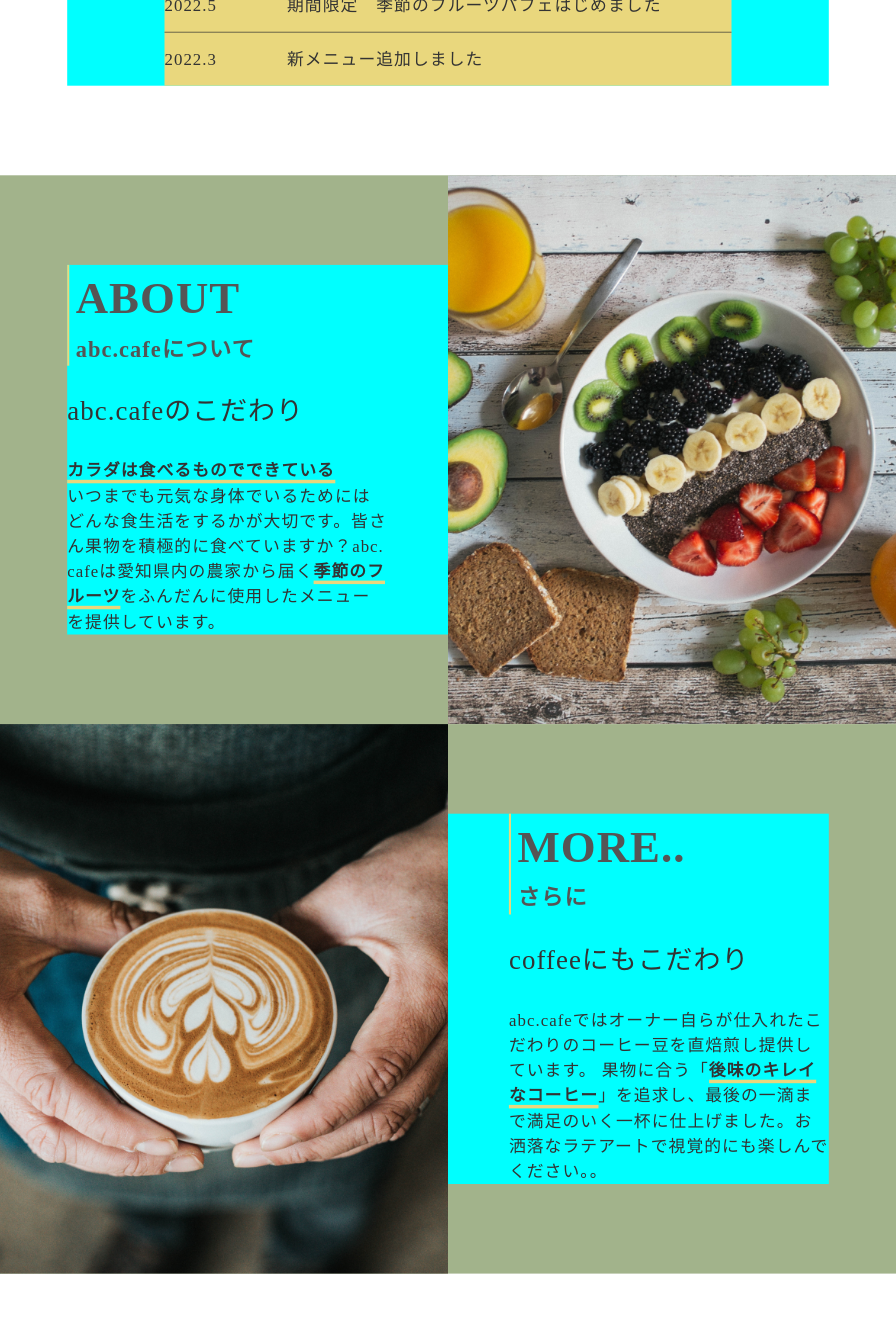
Repository: nozomi-23/lp1_test
Page: index.html
These files come from the project's save history. The page is drawn as it stood at one moment and after the next save; the edit follows.
The browser window is 1280 px wide. The pictures show the part of the page from y = 1179 to 3099 px (the page is 5456 px tall before and 5471 px after), at 70% of full size.

Above is the page before, as saved 2022-06-08 22:27:55.

### index.html
<!DOCTYPE html>
<html lang="ja">
<head>
  <meta charset="UTF-8">
  <title>abc.cafe</title>
  <meta name="description" content="旬の果物とオーガニックなカフェ">
  <meta name="keywords" content="cafe,カフェ,フルーツ,お洒落">
  <meta name="viewport" content="width=device-width, initial-scale=1.0">
  <meta property="og:title" content="フルーツカフェ「abc.cafe」">
  <meta property="og:type" content="article">
  <meta property="og:url" content="https://withcode-plus.tech">
  <meta property="og:image" content="img/logo.png">
  <meta property="og:description" content="旬の果物とカラダに優しい食事を。">
  <meta property="og:site_name" content="お洒落なフルーツカフェ">
  <link rel="icon" href="img/favicon1.ico">
  <link rel="apple-touch-icon" sizes="180x180" href="img/logo.png">
  <link rel="preconnect" href="https://fonts.googleapis.com">
  <link rel="preconnect" href="https://fonts.gstatic.com" crossorigin>
  <link href="https://fonts.googleapis.com/css2?family=Noto+Serif+JP:wght@400;500;600;700;900&display=swap"
    rel="stylesheet">
  <link rel="stylesheet" href="css/reset.css">
  <link rel="stylesheet" href="css/common.css">
</head>
<body>
  <!-- ============= header -->
  <header>
    <div class="header_wrapper">
      <div class="inner">
        <nav class="header_nav">
          <ul>
            <li><a href="#news">NEWS<span>ニュース</span></a></li>
            <li><a href="#about">ABOUT<span>abc.cafeとは</span></a></li>
            <li><a href="#menu">MENU<span>メニュー</span></a></li>
            <li><a href="#access">ACCESS<span>アクセス</span></a></li>
            <li><a href="#contact">CONTACT<span>お問合せ</span></a></li>
          </ul>
        </nav>
      </div>
    </div>
  </header>
  <!-- ===================-main -->
  <div class="top_wrapper">
    <div class="top_inner">
      <h1>abc.cafe</h1>
    </div>
  </div>
  <!-- ===================-news -->
  <section id="news">
    <div class="news_wrapper">
      <div class="inner">
        <h2 class="title">NEWS<span>最新情報</span></h2>
        <div class="news_txt">
          <table>
            <tr>
              <th>2022.6</th>
              <td>今月の営業時間　更新しました</td>
            </tr>
            <tr>
              <th>2022.5</th>
              <td>期間限定　季節のフルーツパフェはじめました</td>
            </tr>
            <tr>
              <th>2022.3</th>
              <td>新メニュー追加しました</td>
            </tr>
          </table>
        </div>
      </div>
    </div>
  </section>
  <!-- ===================-about -->
  <section class="about_img_1 section" id="about">
    <div class="inner">
      <div class="about_descript">
        <h2 class="title">ABOUT<span>abc.cafeについて</span></h2>
        <div class="txt">
          <h3>abc.cafeのこだわり</h3>
          <p><strong>カラダは食べるものでできている</strong><br>
            いつまでも元気な身体でいるためにはどんな食生活をするかが大切です。皆さん果物を積極的に食べていますか？abc.cafeは愛知県内の農家から届く<strong>季節のフルーツ</strong>をふんだんに使用したメニューを提供しています。</p>
        </div>
    </div>
    </div>
    </section>
  <section class="about_img_2 section"   id="about">
    <div class="inner">
      <div class="about_descript about_descript_right">
        <h2 class="title">MORE..<span>さらに</span></h2>
        <div class="txt">
          <h3>coffeeにもこだわり</h3>
          <p>abc.cafeではオーナー自らが仕入れたこだわりのコーヒー豆を直焙煎し提供しています。
          果物に合う「<strong>後味のキレイなコーヒー</strong>」を追求し、最後の一滴まで満足のいく一杯に仕上げました。お洒落なラテアートで視覚的にも楽しんでください。。
          </p>
        </div>
    </div>
    </div>
  </div>
  </section>

  <!-- ===================-menu -->
  <section class="menu_wrapper section_bg_white" id="menu">
    <div class="inner">
      <h2 class="title">MENU<span>メニュー</span></h2>
      <div class="fram_wrapper">
        <div class="fram">
          <div class="fram_txt">
            <span>food</span>
            <h4>フレンチトースト</h4>
            <p>人気のフレンチトーストやワッフルをご用意しています。その他にも、無農薬栽培の野菜を使用したお食事もご用意してます。</p>
          </div>
          <img class="photo" src="img/menu_1.png" alt="フレンチトースト">
          <div>
            <p class="sub_title">TIME</p>
          </div>
          <p class="time">am.<span>10:00</span>~pm.<span>17:00</span></p>
        </div>
        <div class="fram">
          <div class="fram_txt">
            <span>dessert</span>
            <h4>季節のパフェ</h4>
            <p>今が旬の果物をふんだんに使用したパフェです。ヨーグルトやグラノーラを使用し身体にやさしいヘルシーなパフェです。<br>
            <strong>※数に限りがございます。</strong></p>
          </div>
          <img class="photo" src="img/menu_2.png" alt="パフェ">
          <div>
            <p class="sub_title">TIME</p>
          </div>
          <p class="time">am.<span>10:00</span>~pm.<span>17:00</span></p>
        </div>
        <div class="fram">
          <div class="fram_txt">
            <span>coffee</span>
            <h4>テイクアウト</h4>
            <p>ちょっと一息つきたい時に。こだわり抜いた豆と焙煎方法でabc.cafeにしかないコーヒーを提供します。<br>
            <strong>※パックの販売もしております。</strong>
            </p>
          </div>
          <p class="fram_txt"></p>
          <img class="photo" src="img/menu_3.png" alt="テイクアウト">
          <p class="sub_title">TIME</p>
          <p class="time">am.<span>10:00</span>~pm.<span>17:00</span></p>
        </div>
      </div>
    </div>
  </section>
  <!-- ================access -->
  <section class="section" id="access">
    <div class="inner">
      <h2 class="title">ACCESS<span>アクセス</span></h2>
      <div class="access_ferm">
        <p class="sub_title">HERE</p>
        <p class="adress">〒123-456<br>
        愛知県　愛知市　愛知町7−89−10</p>
        <p class="sub_title">TEL</p>
        <p class="adress">0564-12-3456</p>

      </div>


    </div>

  </section>
  <!-- ================contact-->
  <section class="contact section_bg_white" id="contact">
    <div class="botton">
      <a href="#">ご相談・お問合せ</a>
    </div>

  </section>
  <!-- ================footer-->
  <footer>
    <div class="footer_wrapper">
      <ul class="footer_sns">
        <li>
          <a href="#"><img src="img/footer_twitter.png" alt="twitter"></a>
        </li>
        <li>
          <a href="#"><img src="img/footer_insta.png" alt="instagram"></a>
        </li>
      </ul>
      <div class="copyriter">
      <p><small>&copy;abc.cafe</small></p>
      </div>

    </div>
  </footer>







</body>
</html>

### css/reset.css
@charset "UTF-8";

html,
body,
div,
span,
object,
iframe,
h1,
h2,
h3,
h4,
h5,
h6,
p,
blockquote,
pre,
abbr,
address,
cite,
code,
del,
dfn,
em,
img,
ins,
kbd,
q,
samp,
small,
strong,
sub,
sup,
var,
b,
i,
dl,
dt,
dd,
ol,
ul,
li,
fieldset,
form,
label,
legend,
table,
caption,
tbody,
tfoot,
thead,
tr,
th,
td,
article,
aside,
canvas,
details,
figcaption,
figure,
footer,
header,
hgroup,
menu,
nav,
section,
summary,
time,
mark,
audio,
video {
  margin: 0;
  padding: 0;
  border: 0;
  outline: 0;
  font-size: 100%;
  vertical-align: baseline;
  background: transparent;
}

body {
  line-height: 1;
}

article,
aside,
details,
figcaption,
figure,
footer,
header,
hgroup,
menu,
nav,
section {
  display: block;
}

nav ul {
  list-style: none;
}

blockquote,
q {
  quotes: none;
}

blockquote:before,
blockquote:after,
q:before,
q:after {
  content: '';
  content: none;
}

a {
  margin: 0;
  padding: 0;
  font-size: 100%;
  vertical-align: baseline;
  background: transparent;
}

/* change colours to suit your needs */
ins {
  background-color: #ff9;
  color: #000;
  text-decoration: none;
}

/* change colours to suit your needs */
mark {
  background-color: #ff9;
  color: #000;
  font-style: italic;
  font-weight: bold;
}

del {
  text-decoration: line-through;
}

abbr[title],
dfn[title] {
  border-bottom: 1px dotted;
  cursor: help;
}

table {
  border-collapse: collapse;
  border-spacing: 0;
}

/* change border colour to suit your needs */
hr {
  display: block;
  height: 1px;
  border: 0;
  border-top: 1px solid #cccccc;
  margin: 1em 0;
  padding: 0;
}

input,
select {
  vertical-align: middle;
}

### css/common.css
@charset "UTF-8";

body {
  font-size: 15px;
  color: #333;
  font-family: 'Noto Serif JP', serif;
  word-break: break-all;
  letter-spacing: 0.1em;
  line-height: 1.5;
}
a {
  text-decoration: none;
  color: #333;
}
li {
  list-style: none;
}
.inner {
  width: 85%;
  margin: 0 auto;
  background-color: aqua;
}
/* =====================
共通パーツ
=========================*/
.title {
  font-weight: bold;
  font-size: 4rem;
  color: #555;
  border-left: solid 3px #E9D77D;
  padding-left: 2%;
  margin-bottom: 8%;
}
.title span {
  display: block;
  font-size: 2rem;
}
.section {
  padding: 10% 0;
  background-color: #A2B38B;
  padding: 10% 0;
}
.section_bg_white {
  background-color: #fff;
  padding: 10% 0;
}


/* =====================
header
=========================*/
.header_wrapper {
  width: 100%;
  background-color: #634B47;
}
.header_nav ul {
  width: 100%;
  display: table;
}
.header_nav ul li {
  display: table-cell;
  text-align: center;
}
.header_nav ul li a {
  display: inline-block;
  color: #fff;
  padding: 8% 0;
}
.header_nav ul li a:hover {
  opacity: 0.5;
}
.header_nav ul li a span {
  display: block;
  margin-top: 10%;
}
/* =====================
main
=========================*/
.top_wrapper {
  width: 100%;
  height: 85vh;
  overflow: hidden;
  background: url(../img/main.png) no-repeat center;
  background-size: cover;
  /* margin-bottom: 120px; */
}
.top_wrapper::after {
  content: "";
  position: relative;
  width: 100%;
}
.top_inner {
  position: absolute;
  top: 20%;
  left: 37%;
  z-index: 1;
}
.top_inner h1{
  font-family: 'Lobster', cursive;
  font-size: 15rem;
  color: #fff;
  opacity: 65%;
}
/* =====================
news
=========================*/
.news_wrapper {
  padding: 10% 0;
}
.news_txt table{
  margin: 0 auto;
  background-color: #E9D77D;
  font-size: 1.5rem;
}
.news_txt tr {
  border-top: solid 1px;
}
.news_txt th {
  padding: 20px 100px 20px 0;
  font-weight: normal;
}
.news_txt td {
  padding: 20px 100px 20px 0;
}
/* =====================
about
=========================*/

.txt h3 {
  font-size: 2.4rem;
  margin-bottom: 1em;
  font-weight: normal;
}
.txt p {
  font-size: 1.5rem;
}
.txt strong {
  border-bottom: solid 5px #E9D77D;
}
.about_img_1 {
  position: relative;
}
.about_img_1::after {
  position: absolute;
  content: "";
  background: url(../img/about_1.png) no-repeat center;
  background-size: cover;
  width: 50%;
  height: 100%;
  top: 0;
  left: 50%;
}
.about_img_2 {
  position: relative;
}
.about_img_2::after {
  position: absolute;
  content: "";
  background: url(../img/about_2.png) no-repeat center;
  background-size: cover;
  width: 50%;
  height: 100%;
  top: 0;

}
.about_descript {
  width: 42%;
}
.about_descript_right {
  position: relative;
  left: 58%;
}
/* =====================
menu
=========================*/
.fram_wrapper {
  display: flex;
  justify-content: space-between;
  width: 100%;

}
.fram {
  width: 33.3333%;
  background-color: #E4E9BE;
  margin: 0 2%;
  padding: 55px 30px;
}
.photo{
  width: 100%;
  height: auto;
  margin-top: 25%;
  margin-bottom: 10%;
}
.fram_txt span {
  font-size: 1.5rem;
}
.fram_txt h4 {
  font-size: 2.4rem;
  font-weight: normal;
  margin-bottom: 5%;
}
.fram_txt p strong {
  border-bottom: solid 3px #E9D77D;
}
.sub_title {
  font-size: 1.5rem;
  font-weight: bold;
  color: #555;
  position: relative;
}
.sub_title::after {
  content: "";
  position: absolute;
  width: 50%;
  height: 1px;
  background-color: #555;
  top: 50%;
  left: 30%;
}
.sub_title p {
  position: relative;
  padding-right: 40%;
}
.time {
  text-align: center;
  padding-top: 1rem;
}
/* =====================
access
=========================*/
.botton {
  margin: 0 auto;
  text-align: center;
  background-color: #E9D77D;
  width: 25%;
  padding: 1.5%;
  border-radius: 10px;
}
.botton:hover {
  cursor: pointer;
  opacity: 0.5;
}
.botton a {
  font-size: 1.5rem;
}
/* =====================
footer
=========================*/
.footer_wrapper {
  border-top: solid 5px #E9D77D;
  background-color: #634B47;
}
.copyriter {
  color: #fff;
  text-align: center;
  padding-bottom: 3%;
  font-size: 1.5rem;
}

After the next save:
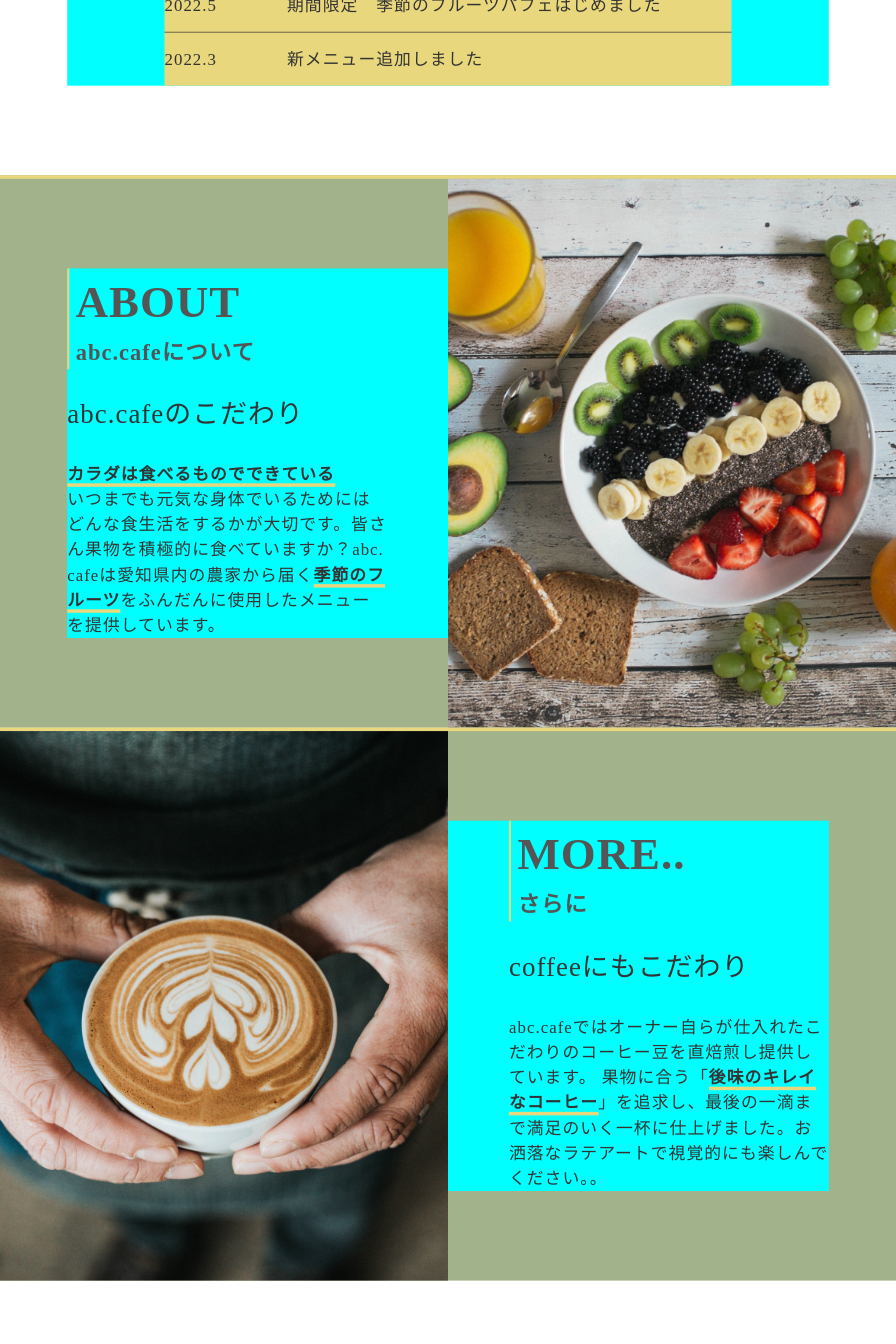
Saved 64 s later.
--- a/css/common.css
+++ b/css/common.css
@@ -36,7 +36,7 @@ li {
   font-size: 2rem;
 }
 .section {
-  padding: 10% 0;
+  border-top: solid 5px #E9D77D;
   background-color: #A2B38B;
   padding: 10% 0;
 }
